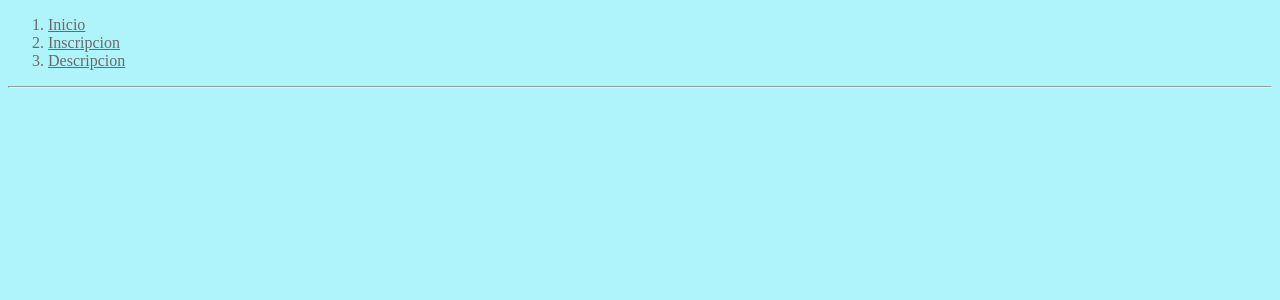
Repository: Arito05/Mi-primer-Repositorio
Page: nuevo/inscripcion.html
An editor plug-in stored every save of this project. The page is shown before and after the next save, followed by the edit.
The browser window is 1280 px wide. The pictures show the whole page.

Above is the page before, as saved 2024-07-20 12:15:06.

After the next save:
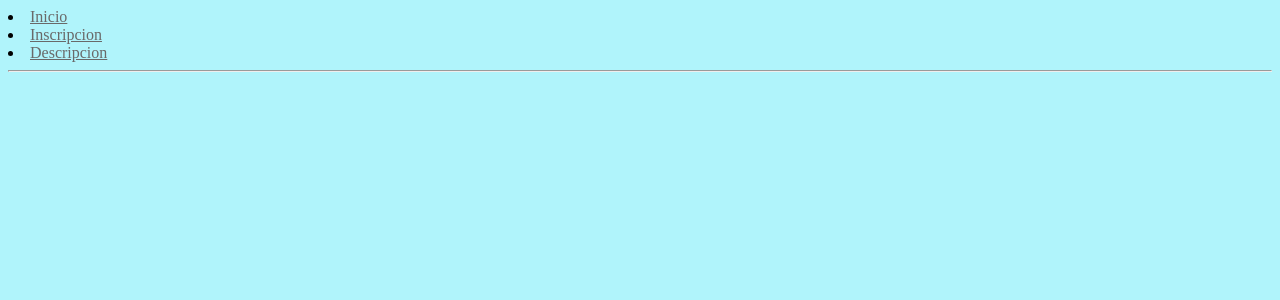
Saved 69 s later.
--- a/nuevo/inscripcion.html
+++ b/nuevo/inscripcion.html
@@ -11,7 +11,7 @@
     </style>
   </head>
   <body>
-    <ol style="color: dimgrey">
+
       <li><a href="inicio.html" style="color: dimgrey">Inicio</a></li>
       <li><a href="inscripcion.html" style="color: dimgrey">Inscripcion</a></li>
       <li>

After the save that followed:
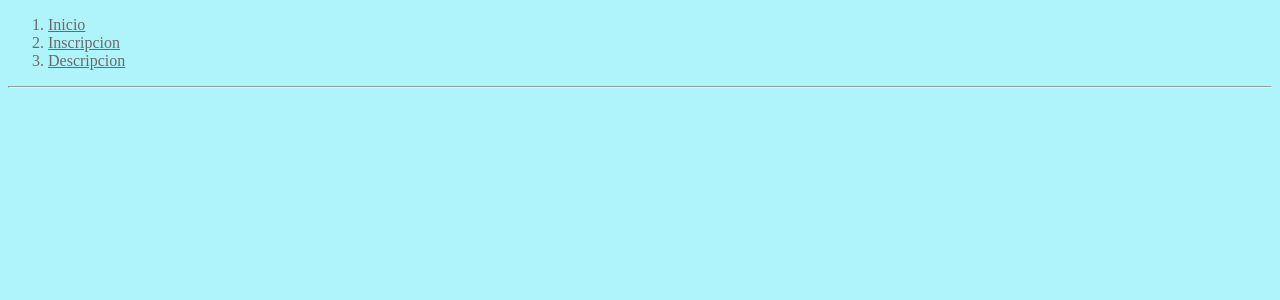
Saved 6 s later.
--- a/nuevo/inscripcion.html
+++ b/nuevo/inscripcion.html
@@ -11,7 +11,7 @@
     </style>
   </head>
   <body>
-
+    <ol style="color: dimgrey">
       <li><a href="inicio.html" style="color: dimgrey">Inicio</a></li>
       <li><a href="inscripcion.html" style="color: dimgrey">Inscripcion</a></li>
       <li>
